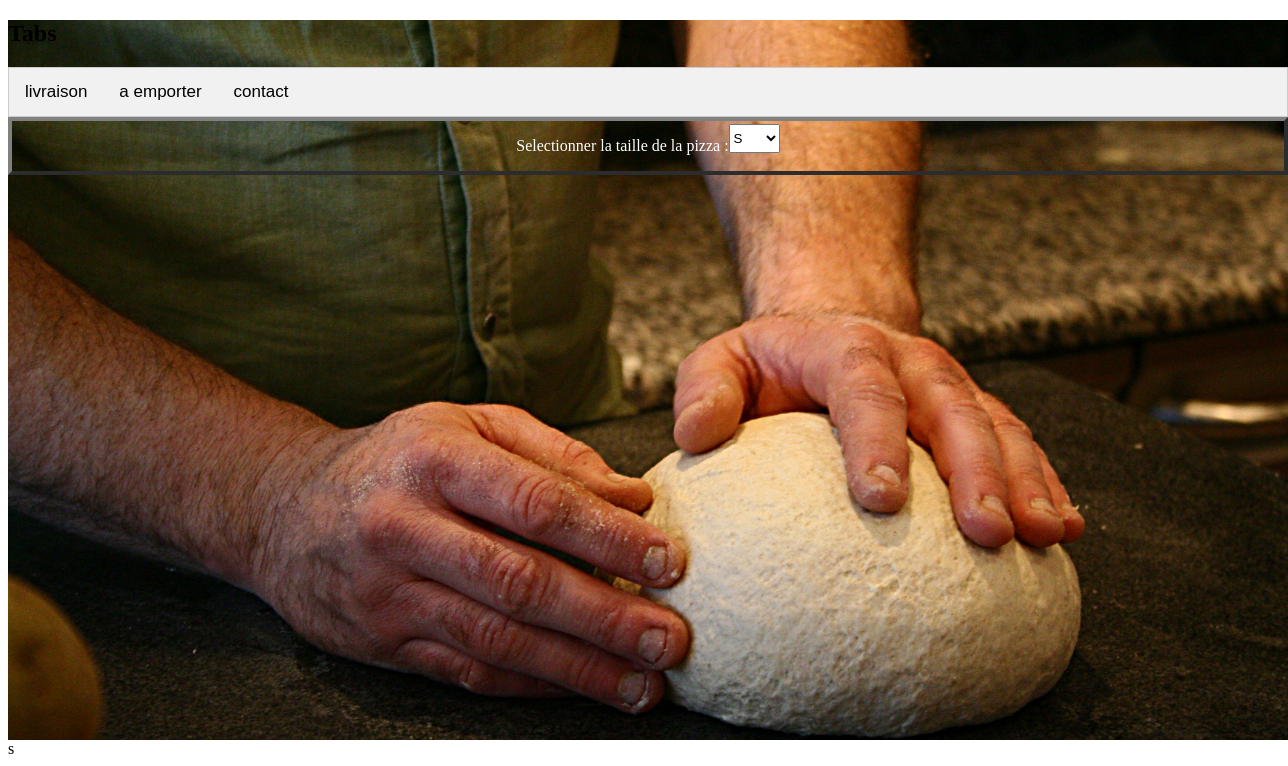
Repository: dev84-unalien/pippo_pizza
Page: admin.html
These files come from the project's save history. The page is drawn as it stood at one moment and after the next save; the edit follows.
The browser window is 1280 px wide. The page is 1288 px wide, so the pictures cover 1288 px, including what lies to the right of the window. The pictures show the whole page.

Above is the page before, as saved 2019-09-09 15:17:49.

### admin.html
<!DOCTYPE html>
<html lang="en">

<head>
    <meta charset="UTF-8">
    <meta name="viewport" content="width=device-width, initial-scale=1.0">
    <meta http-equiv="X-UA-Compatible" content="ie=edge">
    <title>pizzaria pippo</title>
    <link rel="stylesheet" href="admin.css">
    <script src="jquery-3.4.1.min.js"></script>
    <script src="admin.js"></script>

</head>

<body>
    <div id=unos>
        <div id=commande>

            <h2>Tabs</h2>


            <div class="tab">
                <button class="tablinks" onclick="openCity(event, 'livraison')">livraison</button>
                <button class="tablinks" onclick="openCity(event, 'emporter')">a emporter</button>
                <button class="tablinks" onclick="openCity(event, 'contact')">contact</button>
            </div>

            <div id="livraison" class="tabcontent">
                <h3>livraison</h3>
            </div>

            <div id="emporter" class="tabcontent">
                <h3>emporter</h3>

            </div>

            <div id="contact" class="tabcontent">
            </div>
            </form>

         <div>
            <div></div>
            <div id="Nom"></div>
            <div id="cardeT">
                <div id="Taille">
                <p>Selectionner la taille de la pizza :</p>
                <select >
                        <option value="S">S</option>
                        <option value="M">M</option>
                        <option value=">L">L</option>
                        <option value="XL">XL</option>
                        <option value="XXL">XXL</option>
                </select>
                </div>
            </div>
            <div id="Description"></div>
            <div id="Prix"></div>
            <div id="Image"></div>
        </div>

        </div>

    </div>
</body>

</html>s

### admin.css
#unos {
  height: 100vh;
  width: 100vw;
  background-image: url("images/ajoutpizza.jpg");
  justify-content: cover;
  background-size: 100vw;

}
#cadreT{
    display: flex;
    justify-content: center;
    align-content: center;
    width: 80vw;
    height: 80vh;
    border:outset 4px grey;
    background-color: grey;
    opacity:0.5;
}
#Taille{
    border:outset 4px grey; display: flex;
    justify-content: center;
    align-content: center;

}
select{
    width: 4vw;
    height: 4vh;
    margin-top:0.5vh;
}
p{
    color:white;
}

#formulaire {
  height: 50%;
  width: 50%;
  background-color: aliceblue;
}

#livraison {
  background-color: aquamarine;
}

#emporter {
  background-color: beige;
}

#contact {
  background-color: powderblue;
}

.tab {
  overflow: hidden;
  border: 1px solid #ccc;
  background-color: #f1f1f1;
}

/* Style the buttons inside the tab */

.tab button {
  background-color: inherit;
  float: left;
  border: none;
  outline: none;
  cursor: pointer;
  padding: 14px 16px;
  transition: 0.3s;
  font-size: 17px;
}

/* Change background color of buttons on hover */

.tab button:hover {
  background-color: red;
}

/* Create an active/current tablink class */

.tab button.active {
  background-color: red;
}

/* Style the tab content */

.tabcontent {
  display: none;
  padding: 6px 12px;
  border: 1px solid red;
  border-top: none;
}

Loaded but not shown: jquery-3.4.1.min.js (library); admin.js (no copy from this time; the picture is the same without it)

After the next save:
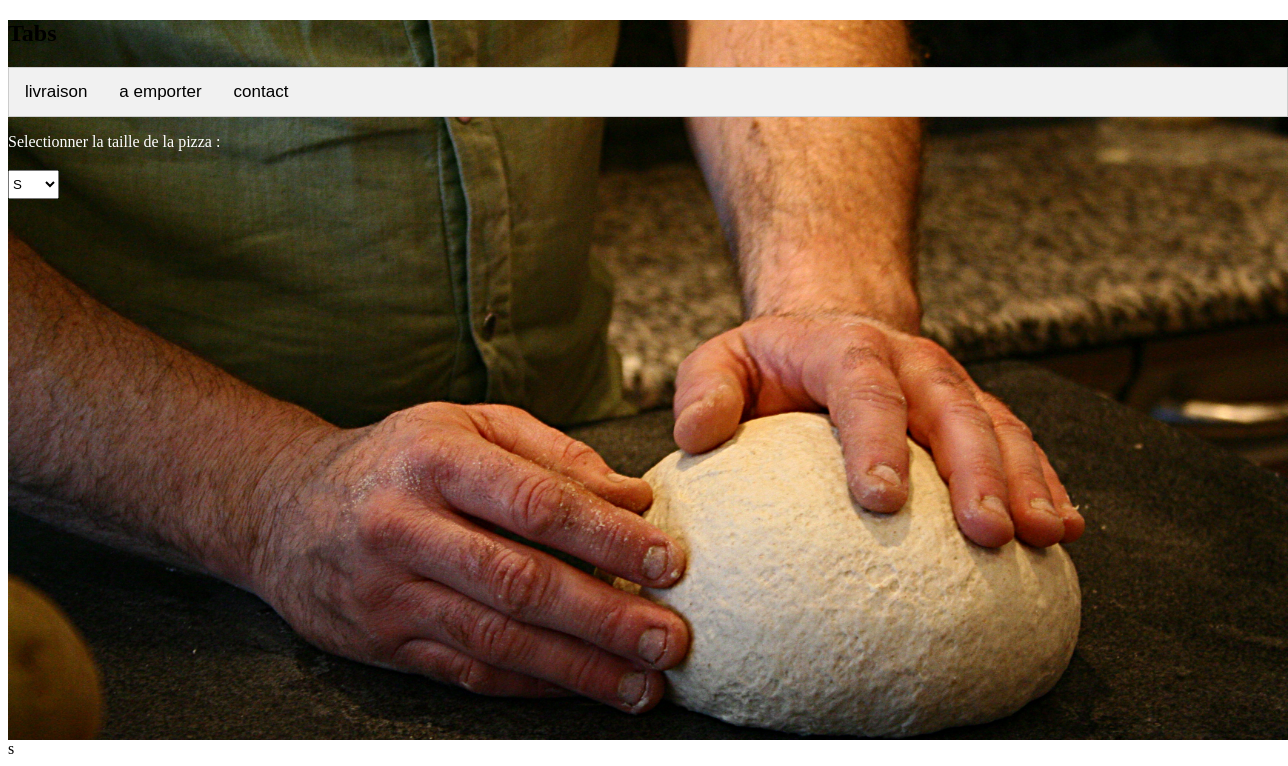
Saved 13 s later.
--- a/admin.css
+++ b/admin.css
@@ -17,7 +17,7 @@
     opacity:0.5;
 }
 #Taille{
-    border:outset 4px grey; display: flex;
+
     justify-content: center;
     align-content: center;
 
